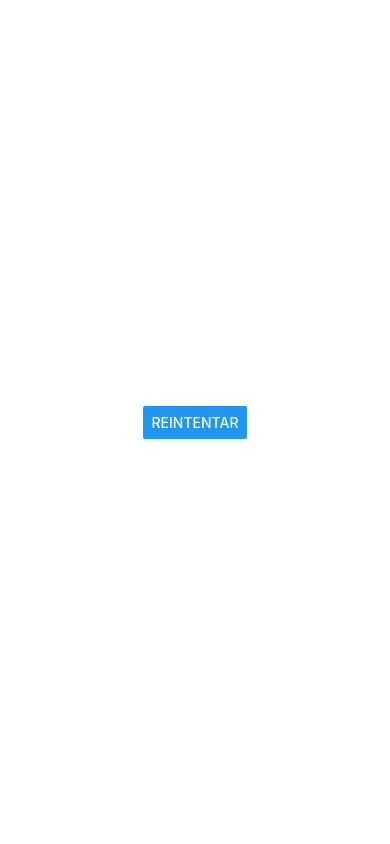
Repository: Meinuel/coin_gecko
Screen: /
An editor plug-in stored every save of this project. The screen is shown before and after the next save, followed by the edit.
The page's requests for data from a server got no answer. The app was drawn by React Native's web renderer in a window 390 px wide. The project was rebuilt for these pictures with package versions that can differ from the ones it lists, and the page was loaded fresh each time. Some packages were replaced by stand-ins written for this rebuild. No one was signed in, and anything a server would have sent is missing. Also part of the build but not shown: src/components/ListTile/style.js, src/components/ListTile/ListTile.js, src/components/ListContainer/style.js, src/components/ListContainer/ListContainer.js.

Above is the screen before, as saved 2022-05-11 13:14:21.

### App.js
import { StatusBar } from 'expo-status-bar';
import {React , useState ,useEffect} from 'react';
import { StyleSheet, Text, View } from 'react-native';
import CoinButton from './src/components/Button/CoinButton';
import ListContainer from './src/components/ListContainer/ListContainer';

export default function App() {
  const [coins ,  setCoins] = useState()
  const [hasError , setHasError] = useState(false)

  useEffect(() => {
    fetchCoins()
  }, [])

  const fetchCoins = () => {
    fetch('https://api.coingecko.com/api/v3/coins/markets?vs_currency=usd&order=market_cap_desc&per_page=100&page=1&sparkline=false')
      .then(value => value.json().then(json => handleCoins(json , 'current_price')))
      .catch(err => setHasError(true))
  }

  const handleCoins = (arr , filter) => {
    const coins = arr && arr.slice(0,20)
    const coinOrder = coins.sort((a,b) => (b[filter] - a[filter]))
    setCoins(coinOrder)
  }

  return (
    <View style={styles.container}>
      {!hasError ?
        coins ? <ListContainer coins={coins} handleCoins={handleCoins}/> : <Text>Loading</Text> :
        <CoinButton title="Reintentar" callback={fetchCoins} />}
      <StatusBar style="auto" />
    </View>
  );
}

const styles = StyleSheet.create({
  container: {
    flex: 1,
    alignItems: 'center',
    justifyContent: 'center',
  },
});

### src/components/Button/CoinButton.js
import { Button } from "react-native"

const CoinButton = ({ title , callback }) => {
    return (
        <Button title={title} onPress={callback}/>
    )
}

export default CoinButton

Loaded but not shown: index.js (common file)

After the next save:
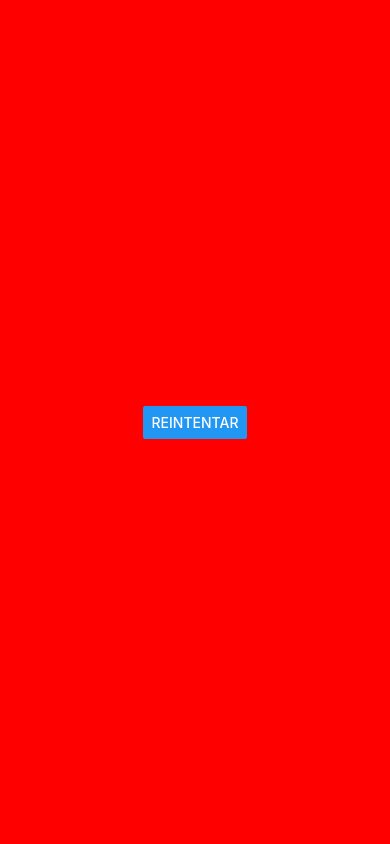
Saved 14 s later.
--- a/App.js
+++ b/App.js
@@ -37,6 +37,7 @@
 const styles = StyleSheet.create({
   container: {
     flex: 1,
+    backgroundColor : 'red',
     alignItems: 'center',
     justifyContent: 'center',
   },

After the save that followed:
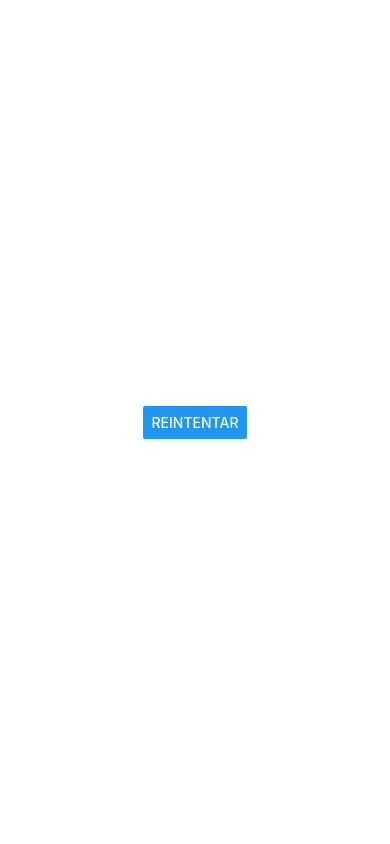
Saved 9 min 4 s later.
--- a/App.js
+++ b/App.js
@@ -1,44 +1,48 @@
 import { StatusBar } from 'expo-status-bar';
-import {React , useState ,useEffect} from 'react';
+import { React, useState, useEffect } from 'react';
 import { StyleSheet, Text, View } from 'react-native';
 import CoinButton from './src/components/Button/CoinButton';
 import ListContainer from './src/components/ListContainer/ListContainer';
 
 export default function App() {
-  const [coins ,  setCoins] = useState()
-  const [hasError , setHasError] = useState(false)
+    const [coins, setCoins] = useState()
+    const [hasError, setHasError] = useState(false)
 
-  useEffect(() => {
-    fetchCoins()
-  }, [])
+    useEffect(() => {
+        fetchCoins()
+    }, [])
 
-  const fetchCoins = () => {
-    fetch('https://api.coingecko.com/api/v3/coins/markets?vs_currency=usd&order=market_cap_desc&per_page=100&page=1&sparkline=false')
-      .then(value => value.json().then(json => handleCoins(json , 'current_price')))
-      .catch(err => setHasError(true))
-  }
+    const fetchCoins = () => {
+        fetch('https://api.coingecko.com/api/v3/coins/markets?vs_currency=usd&order=market_cap_desc&per_page=100&page=1&sparkline=false')
+            .then(value => value.json().then(json => handleCoins(json, 'current_price')))
+            .catch(err => setHasError(true))
+    }
 
-  const handleCoins = (arr , filter) => {
-    const coins = arr && arr.slice(0,20)
-    const coinOrder = coins.sort((a,b) => (b[filter] - a[filter]))
-    setCoins(coinOrder)
-  }
+    const handleCoins = (arr, filter) => {
+        const coins = arr && arr.slice(0, 20)
+        const coinOrder = coins.sort((a, b) => (b[filter] - a[filter]))
+        setCoins(coinOrder)
+    }
 
-  return (
-    <View style={styles.container}>
-      {!hasError ?
-        coins ? <ListContainer coins={coins} handleCoins={handleCoins}/> : <Text>Loading</Text> :
-        <CoinButton title="Reintentar" callback={fetchCoins} />}
-      <StatusBar style="auto" />
-    </View>
-  );
-}
+    return ( <
+        View style = { styles.container } > {!hasError ?
+            coins ? < ListContainer coins = { coins }
+            handleCoins = { handleCoins }
+            /> : <Text>Loading</Text > :
+            <
+            CoinButton title = "Reintentar"
+            callback = { fetchCoins }
+            />} <
+            StatusBar style = "auto" / >
+            <
+            /View>
+        );
+    }
 
-const styles = StyleSheet.create({
-  container: {
-    flex: 1,
-    backgroundColor : 'red',
-    alignItems: 'center',
-    justifyContent: 'center',
-  },
-});
+    const styles = StyleSheet.create({
+        container: {
+            flex: 1,
+            alignItems: 'center',
+            justifyContent: 'center',
+        },
+    });
